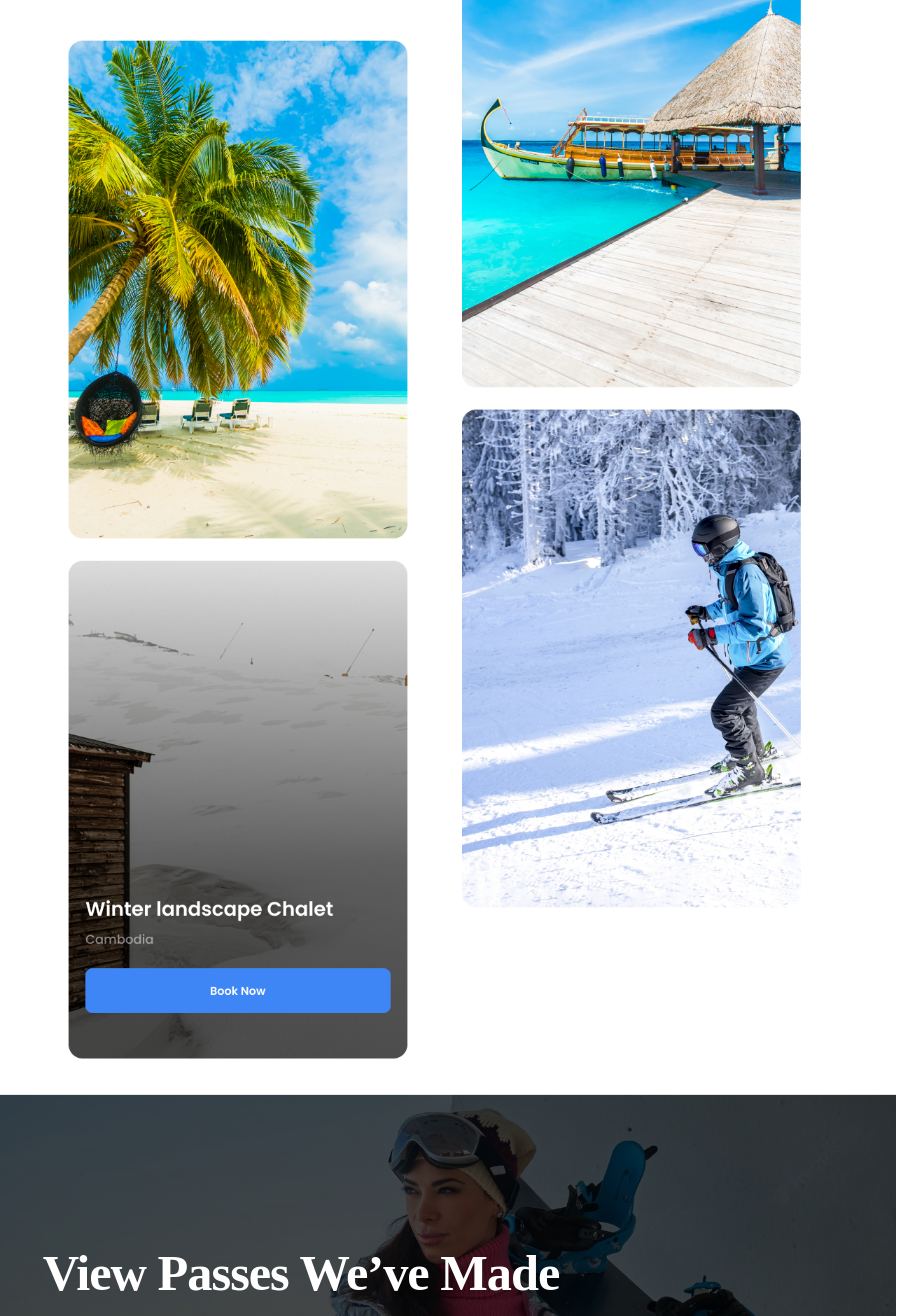
Repository: swissjake/arctic-travel-agency
Page: /
These files come from the project's save history. The page is drawn as it stood at one moment and after the next save; the edit follows.
The browser window is 1280 px wide. The page is 1300 px wide, so the pictures cover 1300 px, including what lies to the right of the window. The pictures show the part of the page from y = 2963 to 4843 px (the page is 6009 px tall), at 70% of full size.
The project was rebuilt for these pictures with package versions that can differ from the ones it lists, and the page was loaded fresh each time. Also part of the build but not shown: src/App.css.

Above is the page before, as saved 2022-05-04 17:47:30.

### public/index.html
<!DOCTYPE html>
<html lang="en">
  <head>
    <meta charset="utf-8" />
    <link rel="icon" href="%PUBLIC_URL%/favicon.ico" />
    <meta name="viewport" content="width=device-width, initial-scale=1" />
    <meta name="theme-color" content="#000000" />
    <meta
      name="description"
      content="Web site created using create-react-app"
    />

    <title>Arctic Travel Agency</title>
  </head>
  <body>
    <noscript>You need to enable JavaScript to run this app.</noscript>
    <div id="root"></div>
    <!--
      This HTML file is a template.
      If you open it directly in the browser, you will see an empty page.

      You can add webfonts, meta tags, or analytics to this file.
      The build step will place the bundled scripts into the <body> tag.

      To begin the development, run `npm start` or `yarn start`.
      To create a production bundle, use `npm run build` or `yarn build`.
    -->
  </body>
</html>

### src/index.css
@tailwind base;
@tailwind components;
@tailwind utilities;

@import url('https://fonts.googleapis.com/css2?family=Poppins:wght@300;400;500;700&display=swap');


body{
    font-family: 'poppins';
}

@layer components {
    .container {
        @apply max-w-[1440px] mx-auto
    }
    .btn{
        @apply mt-[68px] bg-[#3E86F5] py-[22px] px-[39px] rounded-[10px] text-[16px] text-white
    }
    .booktrip{
        @apply font-medium text-[18px]
    }

}

.bookshadow{
    box-shadow: 0px 134px 193px rgba(183, 183, 183, 0.07), 0px 16.7789px 24.1666px rgba(183, 183, 183, 0.035);
}
/* .container {
    max-width: 1440px;
    margin: 0 auto;
} */

### src/pages/LandingPage.tsx
import Footer from "../components/Footer/Footer"
import Hero from "../components/Hero/Hero"
import HeroIcons from "../components/HeroIcons/HeroIcons"
import IceCold from "../components/IceCold/IceCold"
import Nav from "../components/Nav/Nav"
import Passes from "../components/Passes/Passes"
import Region from "../components/Region/Region"
import Resort from "../components/Resort/Resort"
import heroImage from '../assets/heroImage.jpeg'


const LandingPage = () => {
  return (
    <>
  <div>
  <div className="h-[780px]  w-full bg-no-repeat bg-center bg-cover" style={{backgroundImage:`linear-gradient(180deg, rgba(0, 0, 0, 0.65) 0%, rgba(0, 0, 0, 0.580838) 32.24%, rgba(0, 0, 0, 0.486293) 62.09%, rgba(0, 0, 0, 0) 98.06%), url(${heroImage})`}}>
     <Nav />
     <Hero />

  </div>

    <HeroIcons />
    <IceCold />
  </div>
  <Region />
  <Resort/>
  <Passes />

     {/*  style={{backgroundImage:`linear-gradient(180deg, rgba(0, 0, 0, 0.65) 0%, rgba(0, 0, 0, 0.580838) 32.24%, rgba(0, 0, 0, 0.486293) 62.09%, rgba(0, 0, 0, 0) 98.06%), url(${heroImage})`}} */}

     <Footer/>
    </>
  )
}

export default LandingPage

### src/components/Footer/Footer.tsx
import React from 'react'
import aeroplane from "../../assets/aeroplane.svg"
import facebook from "../../assets/facebook.svg"
import instagram from "../../assets/instagram.svg"
import twitter from "../../assets/twitter.svg"


const social=[facebook,twitter,instagram]
const company=["about","careers","mobile"]
const contact=["faq","careers","affiliates"]
const more=["airlines","airfees","lowfare tips"]





const Footer = () => {
  return (
      <footer className='pt-[5rem]'>
         <div className="container p-[20px] md:pl-[61px] md:pr-[57px]">
            <div className="sm:flex justify-between">

<div className="mb-[3rem] w-[50%]">
  <img src={aeroplane} className="mb-[27px]" alt="aeroplane" />
  <p className="capitalize text-2xl font-bold">artic travels</p>
  <p className="capitalize mt-[16px] mb-[34px] w-[217px]">Book your trip in minutes, get full
control for much longer.</p>
<div className="flex mt-5">

  {social.map((item,index)=> (<img src={item} className="mx-2 " alt="icons" />))}
</div>
</div>

<div className='mb-5 flex-1'>
  <h2 className="text-[#3E86F5] mb-[40px] uppercase">company</h2>
  <ul>
    {company.map((item,index)=>(
      <li className="capitalize leading-10">{item}</li>
    ))}
  </ul>
</div>

<div className='mb-5 flex-1'>
  <h2 className="text-[#3E86F5] mb-[40px] uppercase">contact</h2>
  <ul>
    {contact.map((item,index)=>(
      <li className="capitalize leading-10">{item}</li>
    ))}
  </ul>
</div>

<div className=' flex-1'>
  <h2 className="text-[#3E86F5] mb-[40px] uppercase">more</h2>
  <ul>
    {more.map((item,index)=>(
      <li className="capitalize leading-10">{item}</li>
    ))}
  </ul>
</div>


              </div>

              <div className="mt-[7.25rem] sm:flex justify-between text-gray-400">

<div className="mb-[3rem] w-[50%]">
© 2022 Arctic Travels - All right reserved.
</div>

<div className='mb-5 flex-1'>
Privacy Policy
</div>

<div className='mb-5 flex-1'>
Terms of Use
</div>

<div className='mb-5 invisible flex-1'>
  <h2 className="text-[#3E86F5] mb-[40px] uppercase">more</h2>
  <ul>
    {more.map((item,index)=>(
      <li className="capitalize leading-10">{item}</li>
    ))}
  </ul>
</div>


              </div>


         </div>
      </footer>

  )
}

export default Footer

### src/components/Hero/Hero.tsx

const Hero = () => {
  return (
    <section >
         <div className="container md:pl-[61px] p-[20px] md:pr-[57px]">
           {/* <img src={heroImage} alt="" /> */}
           <div className="pt-[160px] text-center md:text-left md:pt-[200px] text-white ">
           <h1 className="md:w-[46.6rem] md:whitespace-nowrap text-[32px] md:text-[56px] capitalize font-bold tracking-{-0.03em}">Plan the perfect winter trip</h1>
           <p className="md:w-[33rem] text-[14px] md:text-[22px] font-normal tracking-[-0.01em] mt-[20px]">Easily plan your ideal ski trip from home with the help of professionals</p>
           <button className="btn">Book Now</button>
           </div>
        </div>
    </section>

  )
}

export default Hero

//background: linear-gradient(180deg, rgba(0, 0, 0, 0.65) 0%, rgba(0, 0, 0, 0.580838) 32.24%, rgba(0, 0, 0, 0.486293) 62.09%, rgba(0, 0, 0, 0) 98.06%);

### src/components/HeroIcons/HeroIcons.tsx
import React from 'react'
import nike from '../../assets/nike.svg'
import applepay from '../../assets/applepay.svg'
import silverstar from '../../assets/silverstar.svg'
import intra from '../../assets/intra.svg'
import mastercard from '../../assets/mastercard.svg'
import BookTrip from '../BookTrip/BookTrip'



const HeroIcons = () => {

  return (
    <section className='bg-[#F8F9FC]'>
         <BookTrip />
        <div className='container md:h-[243px]'>
            <div className='flex flex-wrap md:flex-nowrap items-center justify-center px-3 pb-[45px]  md:px-[222px] pt-[200px] md:pt-[149px] space-y-6 md:space-y-0'>
                    <div className='md:mr-[120px] mr-[40px]'>
                        <img className='w-[96px] h-[50px]' src={nike} alt="nike" />
                    </div>
                    <div className='md:mr-[126px] mr-[40px]'>
                        <img className='w-[96px] h-[56px]' src={applepay} alt="applepay" />
                    </div>
                    <div className='md:mr-[128px] mr-[40px]'>
                        <img className='w-[126px] h-[57px]' src={silverstar} alt="silver" />
                    </div>
                    <div className='md:mr-[130px] mr-[40px]'>
                        <img className='w-[108px] h-[46px]' src={intra} alt="intra" />
                    </div>
                    <div className=''>
                        <img className='w-[64px] h-[64px]' src={mastercard} alt="mastercard" />
                    </div>
            </div>

        </div>
    </section>
    )
}

export default HeroIcons

### src/components/IceCold/IceCold.tsx
import React from 'react'
import map from '../../assets/map.svg'
import arrow from '../../assets/Arrow.svg'

const IceCold = () => {
  return (
      <section className='bg-[#F8F9FC]'>
         <div className='container h-[693px] p-[20px] pt-[179px] md:pl-[40px]'>
             <div className='h-[492px] relative  bg-[rgba(62, 134, 245, .2)]' style={{backgroundImage:`url(${map})`}}>
                <h1 className='w-full md:w-[791px] leading-[54px] tracking-[-0.02em] text-[black] font-semibold left-[50%] translate-x-[-50%] absolute top-[-60px] h-[108px] text-[30px] md:text-[40px] text-center'>Creating the best <span className='text-[#3E86F5]'>ice-cold!</span> experience you would never forget.</h1>

                 <p className='w-full md:w-[697px] md:h-[72px] absolute left-[50%] translate-x-[-50%] text-[rgba(0, 0, 0, 0.5)] text-[18px] md:text-[24px] mt-[120px] md:mt-[60px] text-center leading-[36px] font-normal'>Would you explore nature paradise in the world, find the best destination in the world with us.</p>
                <div className=''>
                    <h1 className='w-full md:w-[454px] md:h-[50px] md:whitespace-nowrap absolute mb-[75px] md:mb-[150px] bottom-0 left-[50%] translate-x-[-50%] font-semibold text-[#000000] text-[40px] text-center leading-[60px] tracking-[-0.02em]'>View Regions available</h1>
                    <img className='absolute bottom-0 left-[50%] translate-x-[-50%] mb-[36px] md:mb-[73px]' src={arrow} alt="/" />
                </div>
             </div>

        </div>
      </section>

  )
}

export default IceCold

### src/components/Nav/Nav.tsx
import React, {useState} from 'react'
import aeroplane from "../../assets/aeroplane.svg";
import {AiOutlineClose, AiOutlineMenu} from 'react-icons/ai'

const Nav = () => {
  const [close, setClose]=useState(true)


  const navitems:string[] = ["About us", "Support", "Language"];
  return (
    <section className=''>
<div className='container  top-0 flex md:pl-[61px] justify-between p-[20px] md:pr-[57px]'>
  <div className="flex items-center">
  <img src={aeroplane} className="mr-[10px]" alt="aeroplane" />
  <h2 className='capitalize font-bold text-white mr-[56px]'>artic travels</h2>
 <ul className="inline hidden md:block">
   {navitems.map((item:string, index) => <li key={index} className="inline capitalize text-white mr-[40px]"><button>{item}</button></li>)}
 </ul>
  </div>

  <button className='hidden md:block text-[#3E86F5] h-[48px] rounded-[10px] w-[151px] bg-white'>
  Sign in
</button>
<button className='md:hidden block' onClick={()=>setClose(!close)}>
<AiOutlineMenu size={20} className='text-white'/>
</button>
</div>
<div style={{width:close?"0%":"100%",transition:"all .5s"}} className="fixed md:hidden block overflow-hidden  flex h-[100%] top-0 bg-black z-50">
<ul className="inline m-auto">
   {navitems.map((item:string) => <li className="leading-10 text-white"><button onClick={()=>setClose(true)} className="capitalize">{item}</button></li>)}
 </ul>
 <button className='hidden text-[#3E86F5] h-[48px] rounded-[10px] w-[151px] bg-white'>
  Sign in
</button>


<button onClick={()=>setClose(!close)} className="absolute top-[5%] right-[5%] border-white border-[4px] font-bold p-1 rounded-full"><AiOutlineClose size={20} className='fill-white'/></button>

</div>

    </section>
  )
}

export default Nav

// npm install @mui/icons-material

### src/components/Passes/Passes.tsx
import React from 'react'
import passes from '../../assets/passesimg.jpg'

const Passes = () => {
  return (
      <section className='bg-center bg-cover bg-no-repeat' style={{backgroundImage: `linear-gradient(0deg, rgba(0, 0, 0, 0.7), rgba(0, 0, 0, 0.7)),url(${passes})`, backgroundPosition:"center 25%"}}>
            <div className='container h-[500px] md:h-[750px] md:pl-[61px]  md:pr-[57px]  text-white' >
                <div className=' text-center md:text-left'>
                <h1 className='md:w-[1017px] pt-[120px] md:pt-[200px] font-semibold text-[36px] md:text-[72px] leading-[54px] md:leading-[108px] tracking-[-0.02em]'>View Passes We’ve Made Available For You</h1>
                <button className='btn mt-[40px] md:mt-[71px]'>View Passes</button>
                </div>
            </div>
      </section>

  )
}

export default Passes

### src/components/Region/Region.tsx
import React from 'react'
import region1 from '../../assets/region1.png'
import region2 from '../../assets/region2.png'
import region3 from '../../assets/region3.png'


const Region = () => {
  return (
      <section>
             <div className=''>
                 <div className='flex '>
             <div className='flex-1'>
             <img className="w-full" src={region1} alt="/"/>
             </div>

               <div className="flex-1">
               <img className="w-full" src={region2} alt="/" />

               </div>

             <div className="flex-1">
                <img className='w-full'  src={region3} alt="/" />
            </div>



            </div>
            </div>
      </section>

  )
}

export default Region

### src/components/Resort/Resort.tsx
import React from 'react'
import picture1 from "../../assets/picture1.png"
import picture2 from "../../assets/picture2.png"
import picture3 from "../../assets/picture3.png"
import picture4 from "../../assets/picture4.png"
const Resort = () => {
  return (
 <section>
   <div className="container p-[20px] pt-[179px] md:pl-[40px]">
<div className="md:flex gap-5 justify-between">

  <div className="flex-1">
  <p className="text-[3rem] md:w-[80%] w-full mb-[4.5rem] font-[600] tracking-[-0.02em]">The best resorts to chill and relax</p>
  <div className="w-full md:flex justify-end flex-wrap">
  <img src={picture1} className="mb-[32px] mx-auto" alt="" />
<img src={picture2} className="mb-[32px] mx-auto" alt="" />
  </div>

  </div>

<div className="flex-1">
<img src={picture3} className="mb-5 mb-[32px]" alt="" />
<img src={picture4} className alt="" />
</div>

  </div>
   </div>
 </section>
  )
}

export default Resort

### src/components/BookTrip/BookTrip.tsx
import React from 'react'
import location from '../../assets/location.svg'
import aero from '../../assets/aero.svg'
import user from '../../assets/user.svg'
import dropdown from '../../assets/dropdown.svg'
import checkin from '../../assets/checkin.svg'

const BookTrip = () => {
  return (
      <section>
            <div className='container p-2 md:p-0 md:relative'>

                <div className='bookshadow md:w-[1320px] md:absolute bg-white rounded-[16px] md:z-40 md:h-[140px] md:mt-[-75px] md:left-[50%] md:translate-x-[-50%] md:space-x-[120px] md:flex-row flex flex-col p-7  items-center justify-center'>
                    <div className='mb-4 md:mb-0'>
                        <div className='flex'>
                            <img className="mr-[20px]" src={location} alt="/" />
                            <p className='font-medium text-[#929191] text-[16px] tracking-[0.08em] leading-[24px] uppercase'>location</p>
                        </div>
                        <div className='flex'>
                            <p className="booktrip">Iceland</p>
                            <img className="ml-[8px]" src={dropdown} alt="/" />
                        </div>
                    </div>

                    <div className='mb-4 md:mb-0'>
                        <div className='flex'>
                            <img className="mr-[20px]" src={user} alt="/" />
                         <p className='font-medium text-[#929191] text-[16px] tracking-[0.08em] leading-[24px] uppercase'>Persons</p>
                    </div>
                    <div className='flex'>
                        <p className="booktrip">4 Persons</p>
                        <img className="ml-[8px]" src={dropdown} alt="/" />
                    </div>
                </div>

                <div className='mb-4 md:mb-0'>
                    <div className='flex'>
                        <img className="mr-[20px]" src={checkin} alt="/" />
                         <p className='font-medium text-[#929191] text-[16px] tracking-[0.08em] leading-[24px] uppercase'>check in</p>
                    </div>
                    <div className='flex'>
                        <p className="booktrip">12 January 2022</p>
                        <img className="ml-[8px]" src={dropdown} alt="/" />
                    </div>
                </div>

                <div className=''>
                    <div className='flex'>
                        <img className="mr-[20px]" src={checkin} alt="/" />
                         <p className='font-medium text-[#929191] text-[16px] tracking-[0.08em] leading-[24px] uppercase'>checkout</p>
                    </div>
                    <div className='flex'>
                        <p className="booktrip">18 January 2022</p>
                        <img className="ml-[8px]" src={dropdown} alt="/" />
                    </div>
                </div>
                <button className='btn flex md:my-[38px]'>Book Trip <img className='ml-[12px]' src={aero} alt="/" /> </button>
                </div>
            </div>
    </section>


  )
}

export default BookTrip

Loaded but not shown: src/index.tsx (common file); src/App.tsx (common file); tailwind.config.js (common file)

After the next save:
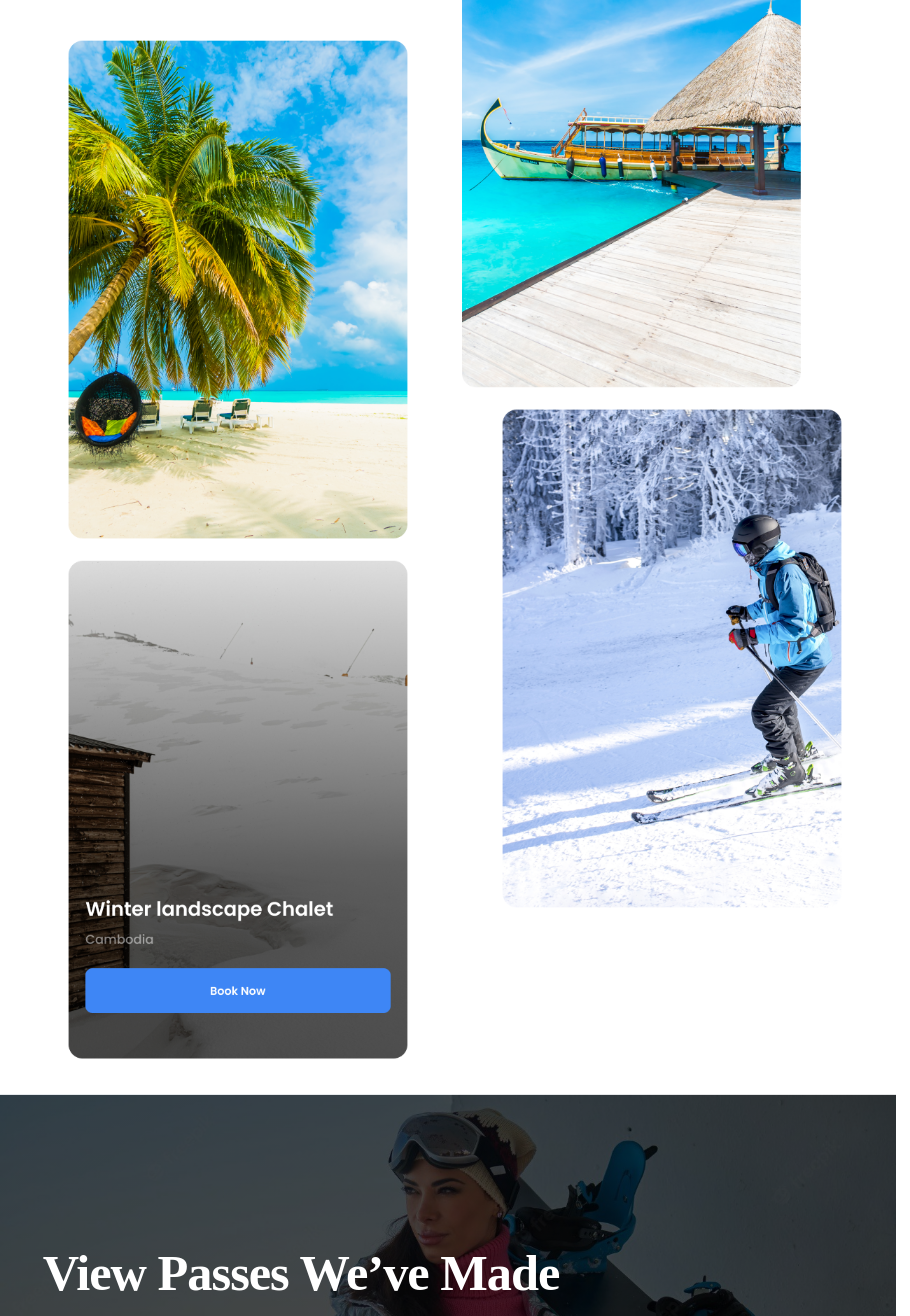
Saved 5 s later.
--- a/src/components/Resort/Resort.tsx
+++ b/src/components/Resort/Resort.tsx
@@ -20,7 +20,7 @@ const Resort = () => {
 
 <div className="flex-1">
 <img src={picture3} className="mb-5 mb-[32px]" alt="" />
-<img src={picture4} className alt="" />
+<img src={picture4} className="mx-auto" alt="" />
 </div>
 
   </div>
